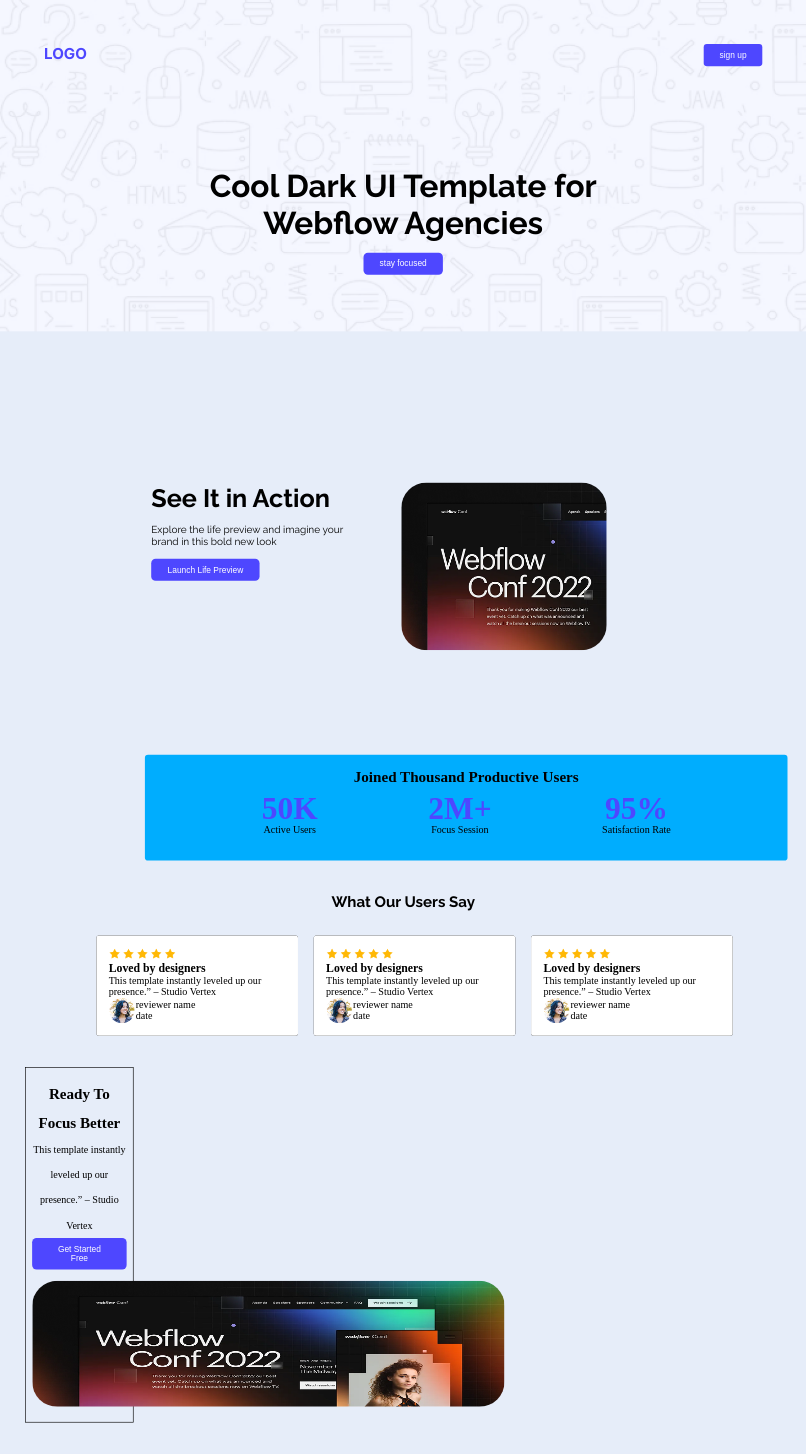
Repository: dollyrakhe22/landing-launchpad
Page: index.html
The author's editor kept a copy of each file at every save. The page is drawn from the files as they stood at one save, then again after the next save.
The browser window is 1280 px wide. The pictures show the whole page, at 63% of full size.

Above is the page before, as saved 2025-07-11 09:30:16.

### index.html
<!DOCTYPE html>
<html lang="en">
<head>
    <meta charset="UTF-8">
    <meta name="viewport" content="width=device-width, initial-scale=1.0">
    <title>Landing Launchpad</title>
    <link rel="preconnect" href="https://fonts.googleapis.com">
    <link rel="preconnect" href="https://fonts.googleapis.com">
<link rel="preconnect" href="https://fonts.gstatic.com" crossorigin>
<link href="https://fonts.googleapis.com/css2?family=Inter:ital,opsz,wght@0,14..32,100..900;1,14..32,100..900&family=Open+Sans:ital,wght@0,300..800;1,300..800&family=Raleway:ital,wght@0,100..900;1,100..900&display=swap" rel="stylesheet">
    <link rel="stylesheet" href="style.css">
   </head>
   <body>
    <header>

        <nav>
         <h2 class="inter-normal">LOGO</h2>
            <a href="#"><button>sign up</button></a>
        </nav>
        <div class="banner-section">
             <h1 class="raleway-normal" >Cool Dark UI Template for <br>Webflow Agencies</h1><br>
            <a href=""><button class="button-container">stay focused</button></a>
        </div>
    </header>
    <main>
           <!--action-container--->
           <div class="section-1">
            <div >
                <h3 class="raleway-normal">See It in Action</h3><br>
                <p class="raleway-normal" >Explore the life preview and imagine your<br>brand in this bold new look</p><br>
                 <a href=""><button class="button-container">Launch Life Preview</button></a>
                 </div>
                <div>
                     <img src="Assets/wc-mini.png" weight="90%"height="80%"
                     alt="" srcset="">
                </div>
            </div>
           <!--Users-Section-->
           <section class="users-container">
            <h1>Joined Thousand Productive Users</h1>
            <div class="contain">
                 <div>
                <h1>50K</h1>
                <p>Active Users</p>
            </div>
            <div>
                <h1>2M+</h1>
                <p>Focus Session</p>
            </div>
            <div>
                <h1>95%</h1>
                <p>Satisfaction Rate</p>
            </div>
            </div>


           </section>
            <!--Review-Card-->
            <section class="review-card">
                <h1 class="raleway-normal">What Our Users Say</h1>
                <div class="review-box">


                    <div class="box-1">
                 <div class="stars">
                   <img src="Assets/icon-star.png" alt="" srcset="">
                   <img src="Assets/icon-star.png" alt="" srcset="">
                   <img src="Assets/icon-star.png" alt="" srcset="">
                   <img src="Assets/icon-star.png" alt="" srcset="">
                   <img src="Assets/icon-star.png" alt="" srcset="">
                </div>
                <h3>Loved by designers</h3>
                <p>This template instantly leveled up our<br> presence.” – Studio Vertex</p>
                <div class="avater">
                <div class="user-details">
                    <img src="Assets/avatar.png" alt="" srcset="">

                <p>reviewer name<br>date</p>

                </div>
                </div>

               </div>

                <div class="box-1">
                     <div class="stars">
                   <img src="Assets/icon-star.png" alt="" srcset="">
                   <img src="Assets/icon-star.png" alt="" srcset="">
                   <img src="Assets/icon-star.png" alt="" srcset="">
                   <img src="Assets/icon-star.png" alt="" srcset="">
                   <img src="Assets/icon-star.png" alt="" srcset="">
                </div>
                <h3>Loved by designers</h3>
                <p>This template instantly leveled up our<br> presence.” – Studio Vertex</p>
                <div class="avater">
                <div class="user-details">
                    <img src="Assets/avatar.png" alt="" srcset="">

                <p>reviewer name<br>date</p>

                </div>
                </div>
                </div>



                <div class="box-1">
                         <div class="stars">
                   <img src="Assets/icon-star.png" alt="" srcset="">
                   <img src="Assets/icon-star.png" alt="" srcset="">
                   <img src="Assets/icon-star.png" alt="" srcset="">
                   <img src="Assets/icon-star.png" alt="" srcset="">
                   <img src="Assets/icon-star.png" alt="" srcset="">
                </div>
                <h3>Loved by designers</h3>
                <p>This template instantly leveled up our<br> presence.” – Studio Vertex</p>
                <div class="avater">
                <div class="user-details">
                    <img src="Assets/avatar.png" alt="" srcset="">

                <p>reviewer name<br>date</p>

                </div>
                </div>
                </div>
                </div>
            </section>
<!--Focus-Section-->
<section class="focus-container">
        <div>
            <h1>Ready To Focus Better</h1>
            <p>This template instantly leveled up our presence.” – Studio Vertex</p>
            <a href=""><button class="button-container">Get Started Free</button></a>
        </div>
        <br>
        <div>
            <img src="Assets/wc-big.png" alt="" srcset="">
        </div>





</section>

















    </main>
    <footer>

    </footer>
</body>
</html>

### style.css
*{
    padding: 0;
    margin: 0;
}
body{
    background-color:#E6EDF9 ;
}

.inter-normal {
  font-family: "Inter", sans-serif;
  font-optical-sizing: auto;
  font-style: normal;
}
header{
    background-image: url("Assets/Hero-bg.png");


}
/*nav style*/
h2{
    color:#4E47FF;
   font-weight:bolder;


}
nav{
    display: flex;
    justify-content: space-between;
    padding: 70px;
}
nav button{
    text-decoration: none;
    padding: 10px 25px;
    background-color:#4E47FF ;
    color:white;
    border-radius: 5px;
    border: none;


}

.raleway-normal{
  font-family: "Raleway", sans-serif;
  font-optical-sizing: auto;
  font-style: normal;
}
.banner-section{
    text-align: center;
    padding: 90px;
}
.banner-section h1{
    font-weight: bolder;
    font-size: 50px;
}
.button-container{
     padding: 10px 26px;
    background-color:#4E47FF ;
    color:white;
    border-radius: 7px;
    border: none;

}
/*action-container*/

.section-1{
    display: flex;
    justify-content: space-between;
    padding: 50px;
    margin: 190px;

}
.section-1 h3{
    font-size: 40px;
}
.section-1  p{

}
.section-1 img{
    border-radius: 40px;


}
/*Users- Section*/
.users-container{

    text-align: center;
    border: none;
    background-color: #00ADFE;
    max-width: 1000px;
    padding:10px;
    margin: 0px 0px 0px 230px;
    margin-bottom: 50px;
    margin-top: -140px;
    border-radius: 5px;


}
.users-container h1{
    line-height: 50px;
}
.contain{
    display: flex;
    justify-content: center;
    justify-content: space-evenly;
    margin-bottom: 30px;



}
.contain h1{
    color: #4E47FF ;
    font-weight: bold;
    font-size: 50px;

}
/*Review-Card*/

   .box-1{
    border: none;
    width:280px;
    padding: 20px;
    margin-right: 5px;
    background-color:#ffff;
    border-radius: 4px;
    box-shadow: 0px 0px 1px 0px;

   }
.review-box{
    display: flex;
    justify-content: center;
    gap: 20px;
    margin: 40px 0px 40px 40px;


}

.review-card h1{
    text-align: center;
}
.user-details img{
    border-radius: 50%;
}
.user-details{
    display: flex;
    align-items: center;
    gap:2px;
}

/*Focus-Section*/
.focus-container{
    text-align: center;
    margin-bottom: 50px;
    border: 1px solid black;
    margin: 50px 40px 50px 40px;
    padding: 20px 10px 20px 10px;
    width: 150px;

}
.focus-container h1 {
    line-height: 45px;
}
.focus-container p{
    line-height: 40px;
}
.focus-container img{
    width: 750px;
    height: 200px;
    border-radius: 40px;
}

After the next save:
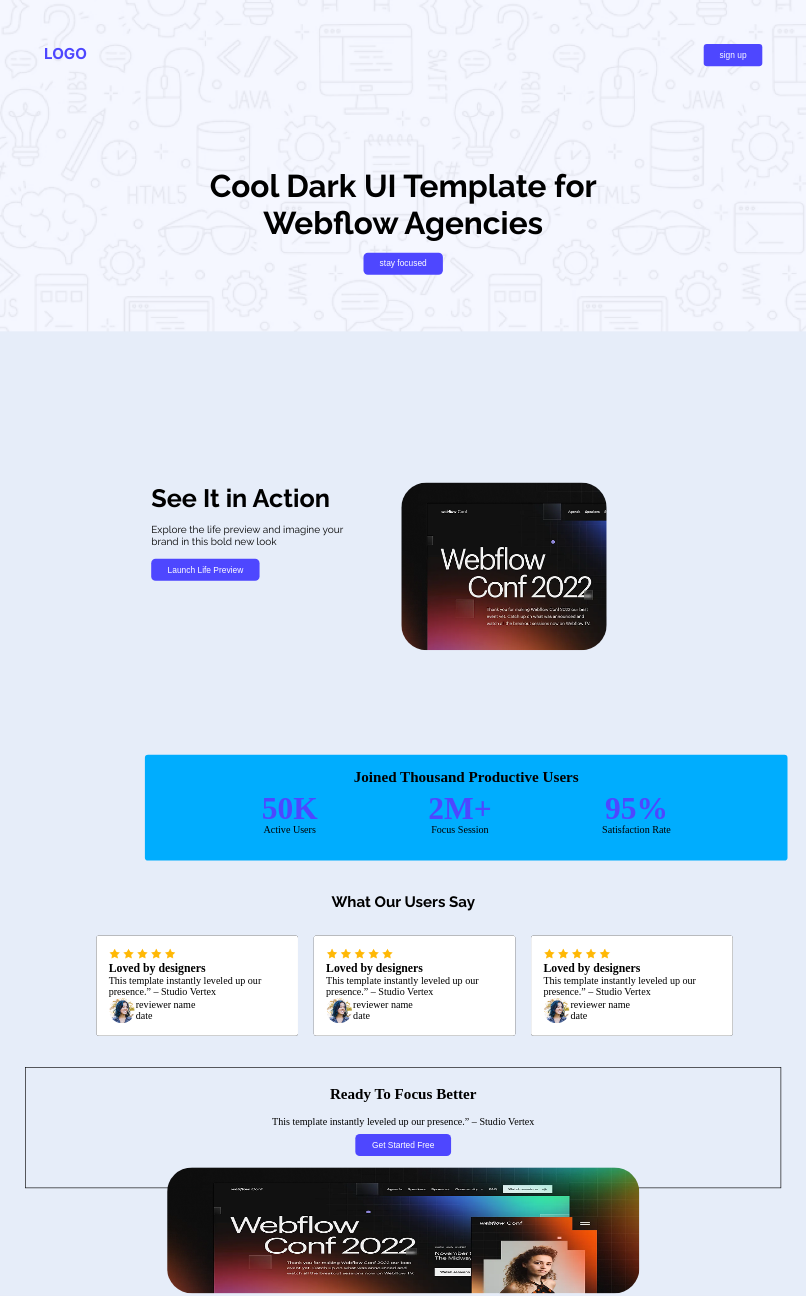
Saved 17 s later.
--- a/style.css
+++ b/style.css
@@ -153,7 +153,7 @@ nav button{
     border: 1px solid black;
     margin: 50px 40px 50px 40px;
     padding: 20px 10px 20px 10px;
-    width: 150px;
+    height: 150px;
 
 }
 .focus-container h1 {
